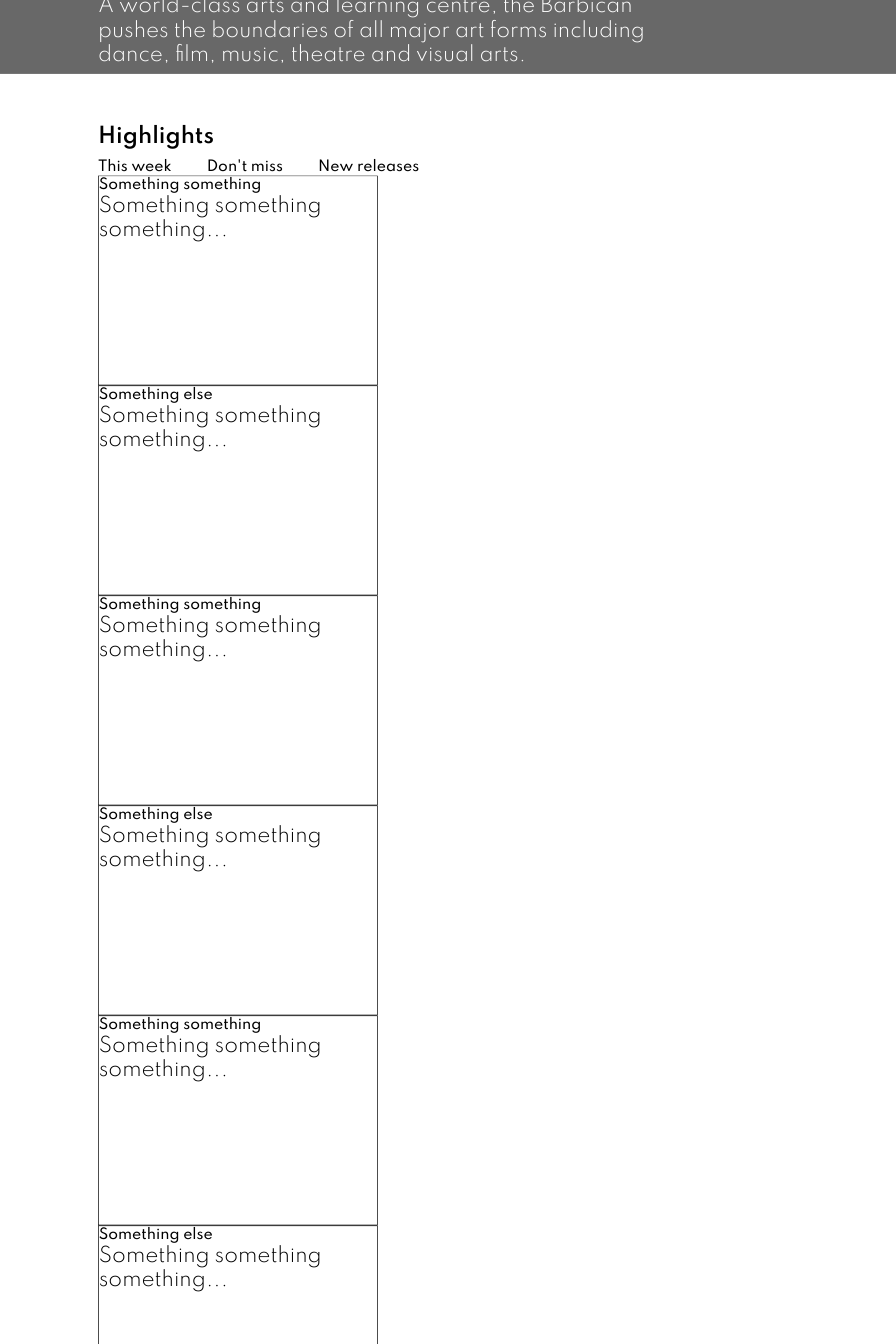
Repository: vvogt/fameworks_vv
Page: /
The author's editor kept a copy of each file at every save. The page is drawn from the files as they stood at one save, then again after the next save.
The browser window is 1280 px wide. The pictures show the part of the page from y = 502 to 2422 px (the page is 6212 px tall), at 70% of full size.
Pictures or frames that could not be fetched are drawn as grey boxes. The project was rebuilt for these pictures with package versions that can differ from the ones it lists, and the page was loaded fresh each time. Also part of the build but not shown: src/components/NotFound.js. Imported but missing from the stored project, and not drawn on this page: src/assets/videos/seald_fullhd.mp4.

Above is the page before, as saved 2020-03-28 18:00:32.

### public/index.html
<!DOCTYPE html>
<html lang="en">
  <head>
    <meta charset="utf-8" />
    <link rel="icon" href="%PUBLIC_URL%/favicon.ico" />
    <link href="https://fonts.googleapis.com/css2?family=Spartan:wght@200;300;400;500;531;600;700;800;900&display=swap"
      rel="stylesheet">
    <meta name="viewport" content="width=device-width, initial-scale=1" />
    <meta name="theme-color" content="#000000" />
    <meta
      name="description"
      content="Web site created using create-react-app"
    />
    <!--
      manifest.json provides metadata used when your web app is installed on a
      user's mobile device or desktop. See https://developers.google.com/web/fundamentals/web-app-manifest/
    -->
    <link rel="manifest" href="%PUBLIC_URL%/manifest.json" />
    <!--
      Notice the use of %PUBLIC_URL% in the tags above.
      It will be replaced with the URL of the `public` folder during the build.
      Only files inside the `public` folder can be referenced from the HTML.

      Unlike "/favicon.ico" or "favicon.ico", "%PUBLIC_URL%/favicon.ico" will
      work correctly both with client-side routing and a non-root public URL.
      Learn how to configure a non-root public URL by running `npm run build`.
    -->
  </head>
  <body>
    <noscript>You need to enable JavaScript to run this app.</noscript>
    <div id="root"></div>
    <!--
      This HTML file is a template.
      If you open it directly in the browser, you will see an empty page.

      You can add webfonts, meta tags, or analytics to this file.
      The build step will place the bundled scripts into the <body> tag.

      To begin the development, run `npm start` or `yarn start`.
      To create a production bundle, use `npm run build` or `yarn build`.
    -->
  </body>
</html>

### src/scss/global.scss
// # SETTINGS
@import 'settings.variables';

// # TOOLS
@import 'tools.mixins';
@import 'tools.units';

// # BASE
@import 'base.normalize';
@import 'base.reset';
@import 'base.body';

//COMPONENTS

@import 'components.header';
@import 'components.hero';
@import 'components.section';

### src/scss/_settings.variables.scss
/* ------------------------------------------
   settings.VARIABLES
------------------------------------------ */

// Fonts
$font: 'Spartan', sans-serif;

$font_btn: rem-calc(15);

// Colors
$black: #000000;
$white: #ffffff;
$orange: #ff5900;
$orange-drkr: #e65000;

// Layout
$gutter: 20px;

// Animations
$transition-in: 0.1s;
$transition-out: 0.3s;

// Box Shadow
$shadow_light: 1px 2px 2px rgba($black, 0.1);
$shadow_dark: 1px 2px 2px rgba($black, 0.2);

// Padding
$padding_lr_1: 240px;
$padding_lr_2: 140px;
$padding_lr_3: 80px;
$padding_lr_4: 20px;

$padding_lr: 20px, 80px, 140px, 240px;

### src/scss/_tools.mixins.scss
/* ------------------------------------------
   tools.MIXINS
------------------------------------------ */

@mixin clearfix() {
  &:before, &:after {
    content: " ";
    display: table;
  }
  &:after {
    clear: both;
  }
}

@mixin un-clearfix() {
  &:before, &:after {
    content: none;
    display: auto;
  }
  &:after {
    clear: none;
  }
}

// Image Replacement

@mixin ir() {
  border: 0;
  font: 0/0 a;
  text-shadow: none;
  color: transparent;
  // background: url(test.png);
  // width: 300px;
  // height: 75px;
}

// Hide only visually, but have it available for screen readers:
// http://snook.ca/archives/html_and_css/hiding-content-for-accessibility

@mixin visuallyhidden() {
    border: 0;
    clip: rect(0 0 0 0);
    height: 1px;
    margin: -1px;
    overflow: hidden;
    padding: 0;
    position: absolute;
    width: 1px;
}


//  ## Media query and orietation mixins
//  ==================================================
//  http://alwaystwisted.com/post.php?s=2013-04-01-my-media-query-mixin


@mixin mq($point, $query1: min, $query2: width) {
  @media screen and (#{$query1}-#{$query2}: strip-unit($point) / 16 +em) {
    @content;
  }
}

@mixin orient($orientation: landscape) {
  @media (orientation : $orientation) {
    @content;
  }
}

@mixin setLRPadding($padding-lr4: 20px, $padding-lr3: 80px, $padding-lr2: 140px, $padding-lr1: 240px) {
  padding-left: $padding-lr4;
  padding-right: $padding-lr4;

   @include mq(600) {
      padding-left: $padding-lr3;
      padding-right: $padding-lr3;
   }

   @include mq(1000) {
      padding-left: $padding-lr2;
      padding-right: $padding-lr2;
   }

   @include mq(1400) {
      padding-left: $padding-lr1;
      padding-right: $padding-lr1;
   }
}

### src/scss/_tools.units.scss
// Foundation for Sites by ZURB
// foundation.zurb.com
// Licensed under MIT Open Source

////
/// @group functions
////

$global-font-size: 100% !default;

// scss-lint:disable ZeroUnit

/// Removes the unit (e.g. px, em, rem) from a value, returning the number only.
///
/// @param {Number} $num - Number to strip unit from.
///
/// @returns {Number} The same number, sans unit.
@function strip-unit($num) {
  @return $num / ($num * 0 + 1);
}

/// Converts one or more pixel values into matching rem values.
///
/// @param {Number|List} $values - One or more values to convert. Be sure to separate them with spaces and not commas. If you need to convert a comma-separated list, wrap the list in parentheses.
/// @param {Number} $base [null] - The base value to use when calculating the `rem`. If you're using Foundation out of the box, this is 16px. If this parameter is `null`, the function will reference the `$base-font-size` variable as the base.
///
/// @returns {List} A list of converted values.
@function rem-calc($values, $base: null) {
  $rem-values: ();
  $count: length($values);

  // If no base is defined, defer to the global font size
  @if $base == null {
    $base: $global-font-size;
  }

  // If the base font size is a %, then multiply it by 16px
  // This is because 100% font size = 16px in most all browsers
  @if unit($base) == '%' {
    $base: ($base / 100%) * 16px;
  }

  @if $count == 1 {
    @return -zf-to-rem($values, $base);
  }

  @for $i from 1 through $count {
    $rem-values: append($rem-values, -zf-to-rem(nth($values, $i), $base));
  }

  @return $rem-values;
}

// Converts a unitless, pixel, or rem value to em, for use in breakpoints.
@function -zf-bp-to-em($value) {
  // Pixel and unitless values are converted to rems
  @if unit($value) == 'px' or unitless($value) {
    $value: rem-calc($value, $base: 16px);
  }

  // Then the value is converted to ems
  @return strip-unit($value) * 1em;
}

/// Converts a pixel value to matching rem value. *Any* value passed, regardless of unit, is assumed to be a pixel value. By default, the base pixel value used to calculate the rem value is taken from the `$global-font-size` variable.
/// @access private
///
/// @param {Number} $value - Pixel value to convert.
/// @param {Number} $base [null] - Base for pixel conversion.
///
/// @returns {Number} A number in rems, calculated based on the given value and the base pixel value. rem values are passed through as is.
@function -zf-to-rem($value, $base: null) {
  // Check if the value is a number
  @if type-of($value) != 'number' {
    @warn inspect($value) + ' was passed to rem-calc(), which is not a number.';
    @return $value;
  }

  // Calculate rem if units for $value is not rem
  @if unit($value) != 'rem' {
    $value: strip-unit($value) / strip-unit($base) * 1rem;
  }

  // Turn 0rem into 0
  @if $value == 0rem {
    $value: 0;
  }

  @return $value;
}

### src/scss/_base.reset.scss
/* ------------------------------------------
  generic.RESET
------------------------------------------ */

* {
  box-sizing: border-box;
}

img,
iframe {
  max-width: 100%;
  height: auto;
}

h1,h2,h3,h4,h5,h6,
p,blockquote,pre,
dl,dd,ol,ul,
form,fieldset,legend,
table,th,td,caption,
hr,figure {
  margin:0;
  padding:0;
}

li {
  list-style: none;
}

::selection {

}

### src/scss/_base.body.scss
body {
  font-family: $font;
  font-size: rem-calc(14);
  line-height: rem-calc(18);
  font-weight: 400;
  color: $black;
  background-color: $white;
  margin: 0px;
  padding: 0px;
}

p {
  font-family: $font;
  font-size: rem-calc(20);
  line-height: rem-calc(26);
  color: $black;
  font-weight: 355;

  @include mq(350) {
    font-size: rem-calc(24);
    line-height: rem-calc(30);
  }

  @include mq(1000) {
    font-size: rem-calc(28);
    line-height: rem-calc(35);
  }
}

a {
  color: $black;
  text-decoration: none;

  &:hover {
    text-decoration: none;
    color: $white;
  }
}

h1,
h2,
h3,
h4,
h5 {
  font-weight: 500;
}

h1 {
  font-size: rem-calc(70);
  line-height: rem-calc(78);
  font-weight: 1000;

}

h2 {
  font-size: rem-calc(36);
  line-height: rem-calc(40);
  font-weight: 600;
  color: $black;

  @include mq(700) {
    font-size: rem-calc(46);
    line-height: rem-calc(50);
  }

  @include mq(1000) {
    font-size: rem-calc(56);
    line-height: rem-calc(60);
  }


}

h2+p {
  margin-top: 20px;

  @include mq(1000) {
    margin-top: 45px;
  }
}

h3 {
  font-size: rem-calc(20);
  line-height: rem-calc(25);
}

h4 {
  font-size: rem-calc(18);
  line-height: rem-calc(21);
}

h5 {
  font-size: rem-calc(14);
  line-height: rem-calc(18);
}

.wrapper {
  width: 100%;
  margin: 0 auto;
  background-color: $white;
  overflow: hidden;
}

### src/scss/_components.header.scss
.header {
   background-color: $orange;
   width: 100%;
   display: flex;
   flex-direction: column;
   color: white;

   &__main {
      height: 55px;
      width: 100%;
      display: flex;
      flex-direction: row;
      justify-content: space-between;
      align-items: center;
      padding-left: $padding-lr_4;
      padding-right: $padding-lr_4;

      @include mq(400) {
         height: 68.3px;
      }

      @include mq(500) {
         height: 81.6px;
      }

      @include setLRPadding($padding_lr);

      .logo {
         font-weight: 800;
         font-size: rem-calc(20);
         letter-spacing: rem-calc(-1.5);

         @include mq(400) {

         }

         @include mq(500) {

         }

         @include mq(600) {
            font-size: rem-calc(40);
         }
      }

      &__right {
         display: flex;
         flex-direction: row;
         flex-wrap: nowrap;
         align-items: center;
         justify-content: right;
         display: flex;

         @include mq(770) {
            width: 340px;
         }

         @include mq(1000) {
            width: 440px;
         }

         input {
            width: 220px;
            height: 42.5px;
            border-radius: 4px;
            box-shadow: inset 0 0 20px rgba(0,0,0,0.1);
            background-color: $orange-drkr;
            border: 1px solid;
            border-color: rgba(0,0,0,0.1);
            color: $white;
            padding: 0px 15px;
            line-height: 1;
            padding: .75em 1em;
            font-weight: 300;
            transition: background-color 0.2s ease-in;

            @include mq(1000) {
               width: 320px;
            }

            &:focus {
               outline: none;
               background-color: darken($orange-drkr, 5%);
               transition: background-color 0.1s ease-in;

            }
         }

         .search-icon {
            width: 20px;
            height: 20px;
         }

         .login {
            display: flex;
            flex-direction: row;
            flex-wrap: nowrap;
            align-items: center;
            font-weight: 800;
            margin-left: 20px;
            white-space: nowrap;

            img {
               position: relative;
               width: 30px;
               height: 30px;

               @include mq(770) {
                  top: -3px;
                  width: 20px;
                  height: 20px;
                  margin-left: 0px;
                  margin-right: 5px;
               }
            }

            span {
               display: none;

               @include mq(770) {
                  display: inline;
               }
            }
         }

         .search-icon {
            display: inline;
            width: 30px;
            height: 30px;

            @include mq(770) {
               display: none;
            }
         }

         input {
            display: none;

            @include mq(770) {
               display: inline;
            }
         }
      }
   }

   &__nav {
      height: 55px;
      border-top: 1px $white solid;
      border-color: rgba(255, 255, 255, 0.5);
      padding-left: $padding-lr_4;
      overflow: scroll;
      -ms-overflow-style: none;  // IE 10+
      overflow: -moz-scrollbars-none;  // Firefox

      &::-webkit-scrollbar {
         display: none;
      }

      @include mq(600) {
         padding-left: $padding-lr_3;
      }

      @include mq(1000) {
         padding-left: $padding-lr_2;
      }

      @include mq(1400) {
         padding-left: $padding-lr_1;
      }

      ul {
         font-weight: 800;
         display: flex;
         flex-direction: row;
         width: 1000px;
         height: 100%;
         justify-content: space-between;
         align-items: center;
      }
   }
}

### src/scss/_components.hero.scss
.hero {
   background-color: rgb(104, 104, 104);
   height: 300px;
   position: relative;

   @include setLRPadding();

   @include mq(750) {
      height: calc(100vh - 250px);
   }

   &__content {
      position: absolute;
      z-index: 2;
      margin-top: 200px;
      margin-bottom: 200px;



      h1, p {
         color: $white;
      }

      h1 {
         width: 50%;
      }

      p {
         width: 70%;
      }
   }

   &__bgVideo {
      position: absolute;
      object-fit: cover;
      left: 0;
      right: 0;
      width: 100%;
      height: 100%;
      background-position: center;
   }
}

### src/scss/_components.section.scss
.section_highlights {
   padding-top: rem-calc(60);
   padding-bottom: rem-calc(60);
   @include setLRPadding($padding_lr);

   .articlePreviews {
      display: flex;
      overflow: scroll;
      flex-direction: row;
   }

   .articlePreview {
      width: 400px;
      height: 300px;
      border: 1px solid black;
   }

   .categoryTabs {
      width: 100%;

      ul {
         display: flex;
         flex-direction: row;
         -ms-flex-align: left;

         li {
            padding-right: 50px;
         }
      }
   }

   h2 {
      font-size: rem-calc(30);
   }
}

Loaded but not shown: src/serviceWorker.js (common file); src/components/Main.js (144 lines, source omitted); src/components/Header.js (46 lines, source omitted); src/components/Section.js (58 lines, source omitted); src/components/Hero.js (30 lines, source omitted); src/index.js (12 lines, source omitted); src/components/Router.js (15 lines, source omitted); src/scss/_base.normalize.scss (423 lines, source omitted)

After the next save:
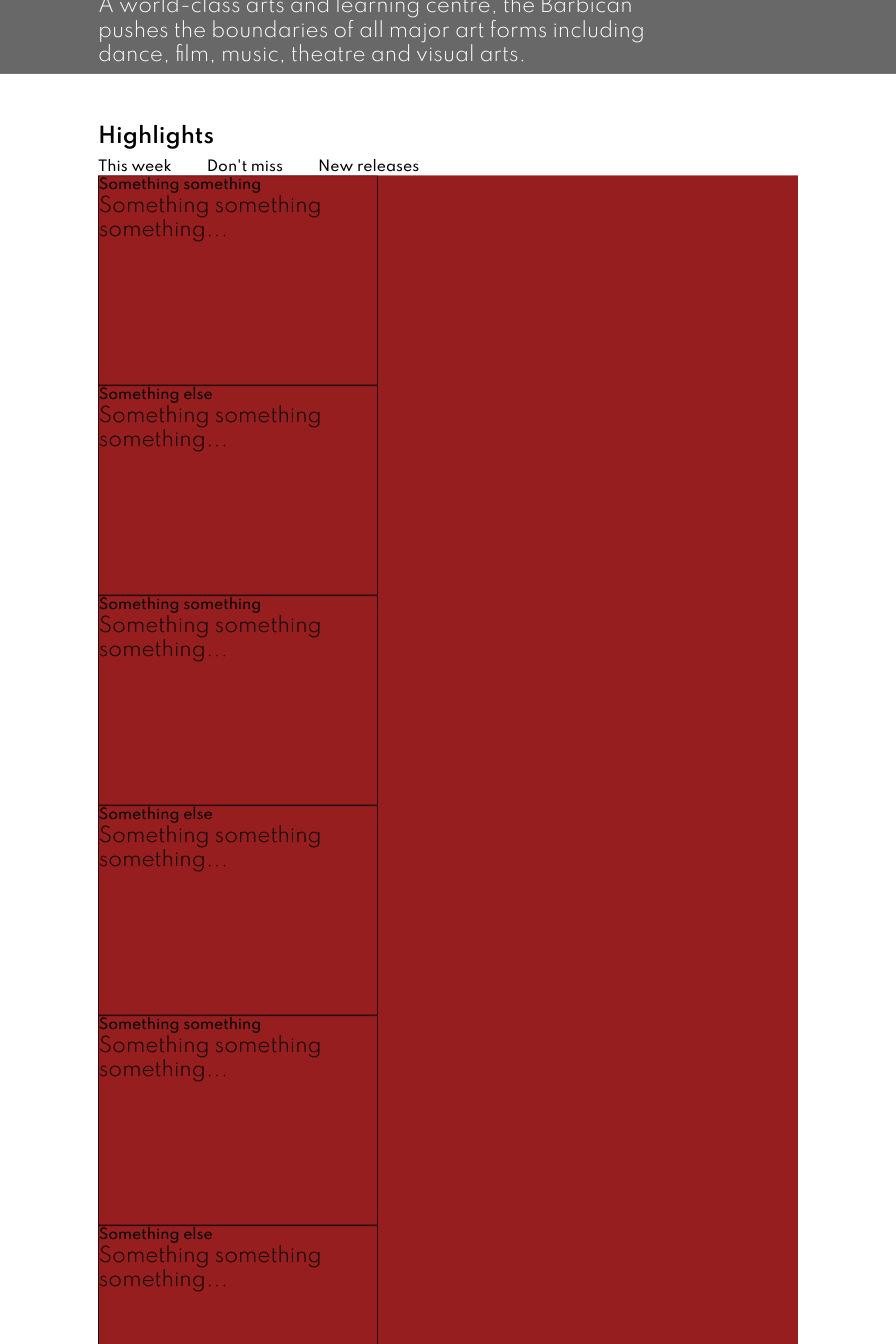
Saved 38 s later.
--- a/src/scss/_components.section.scss
+++ b/src/scss/_components.section.scss
@@ -7,6 +7,7 @@
       display: flex;
       overflow: scroll;
       flex-direction: row;
+      background-color: rgb(150, 30, 30);
    }
 
    .articlePreview {

After the save that followed:
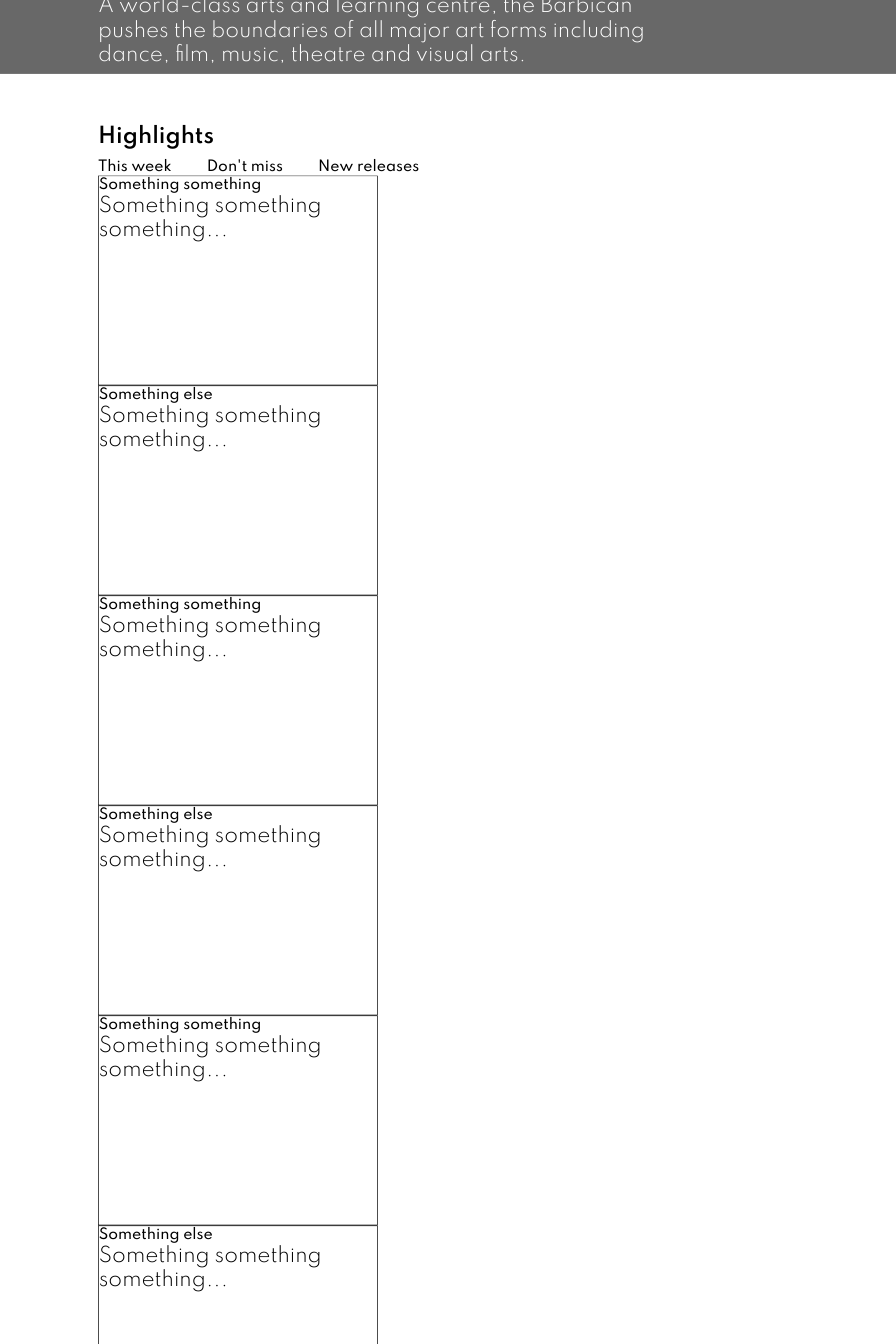
Saved 19 s later.
--- a/src/scss/_components.section.scss
+++ b/src/scss/_components.section.scss
@@ -7,7 +7,6 @@
       display: flex;
       overflow: scroll;
       flex-direction: row;
-      background-color: rgb(150, 30, 30);
    }
 
    .articlePreview {
